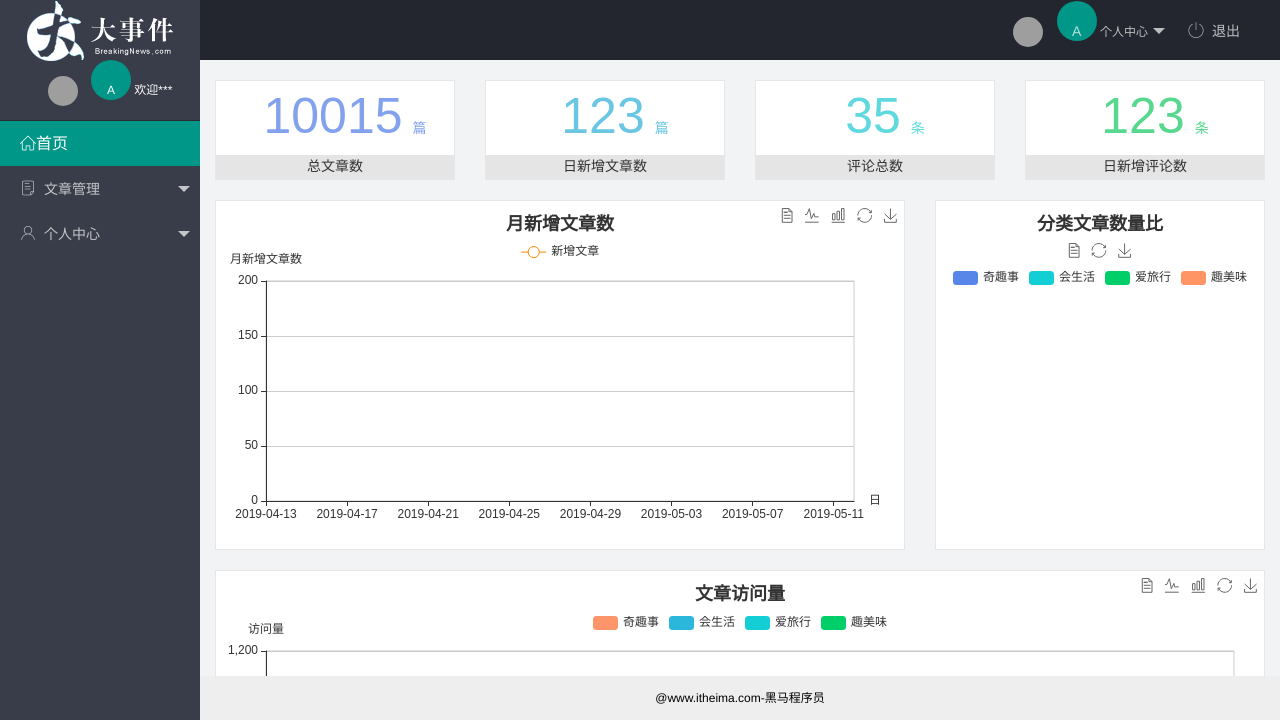
Repository: Janshen111/web_bigevent
Page: index.html
These files come from the project's save history. The page is drawn as it stood at one moment and after the next save; the edit follows.
The browser window is 1280 px wide. The pictures show the whole page.
Pictures or frames that could not be fetched are drawn as grey boxes.

Above is the page before, as saved 2022-08-31 16:21:55.

After the next save:
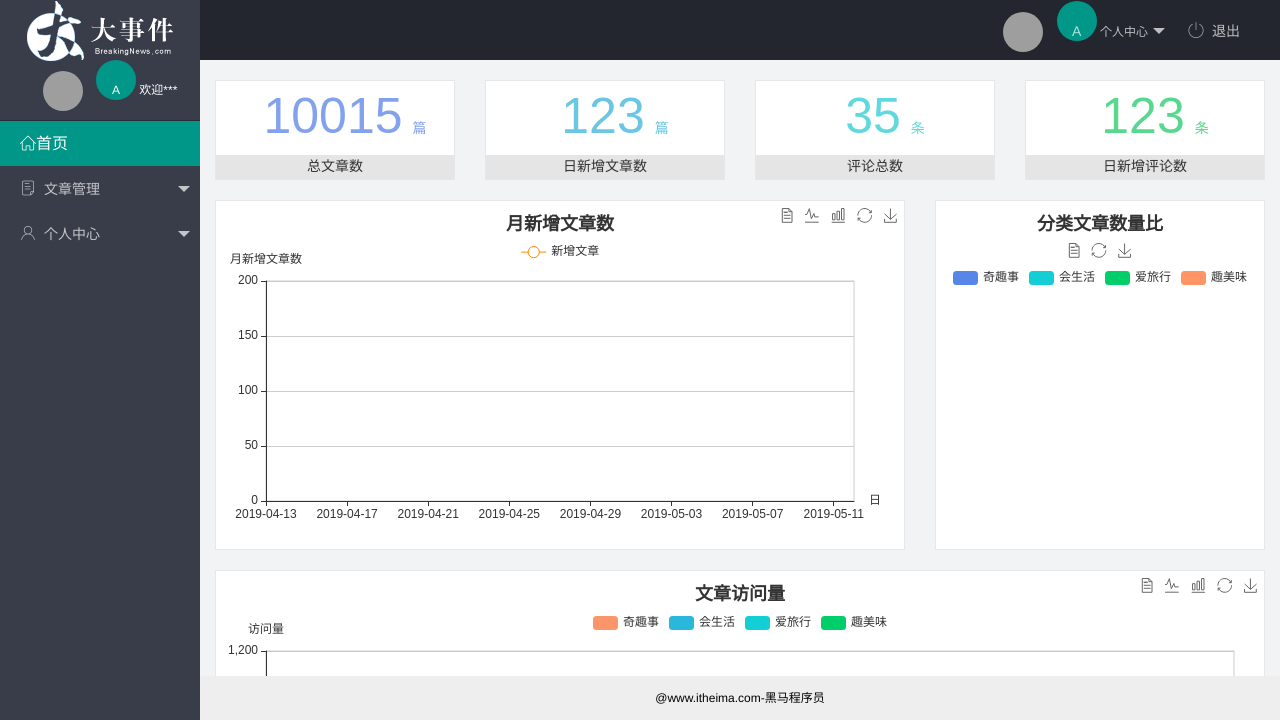
Saved 54 s later.
--- a/assets/css/index.css
+++ b/assets/css/index.css
@@ -44,6 +44,11 @@ a {
     border-bottom: 1px solid #282b33;
 }
 
+.layui-nav-img {
+    width: 40px;
+    height: 40px;
+}
+
 .text-avatar {
     display: inline-block;
     width: 40px;
